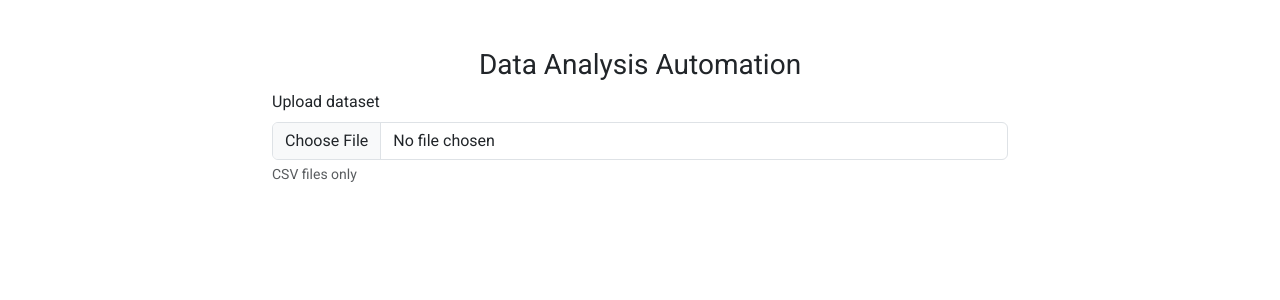
Repository: akashverma-1/Grid-line
Page: http://localhost/data/analysis
The author's editor kept a copy of each file at every save. The page is drawn from the files as they stood at one save, then again after a run of saves.
The browser window is 1280 px wide. The pictures show the whole page.
Some web libraries are served in a nearby version. The page is served by the project's application, run on Flask 3 (app.py).

Above is the page before, as saved 2024-04-24 16:19:28.

After the next 2 saves:
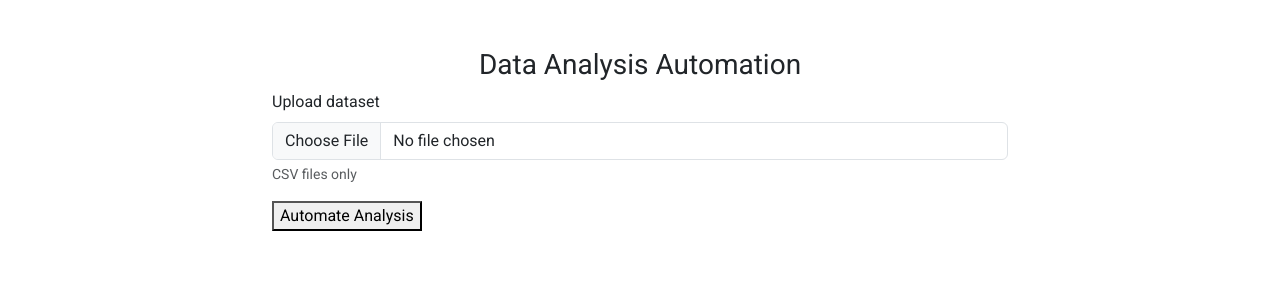
The 2 saves are shown as one change because they came seconds apart.
The last was saved 17 s later.
--- a/templates/Data_analysis.html
+++ b/templates/Data_analysis.html
@@ -135,7 +135,7 @@
                             aria-describedby="fileHelp"  accept=".csv">
                         <div id="fileHelp" class="form-text">CSV files only</div>
                     </div>
-
+                    <button>Automate Analysis</button>
                 </form>
             </div>
         </div>
